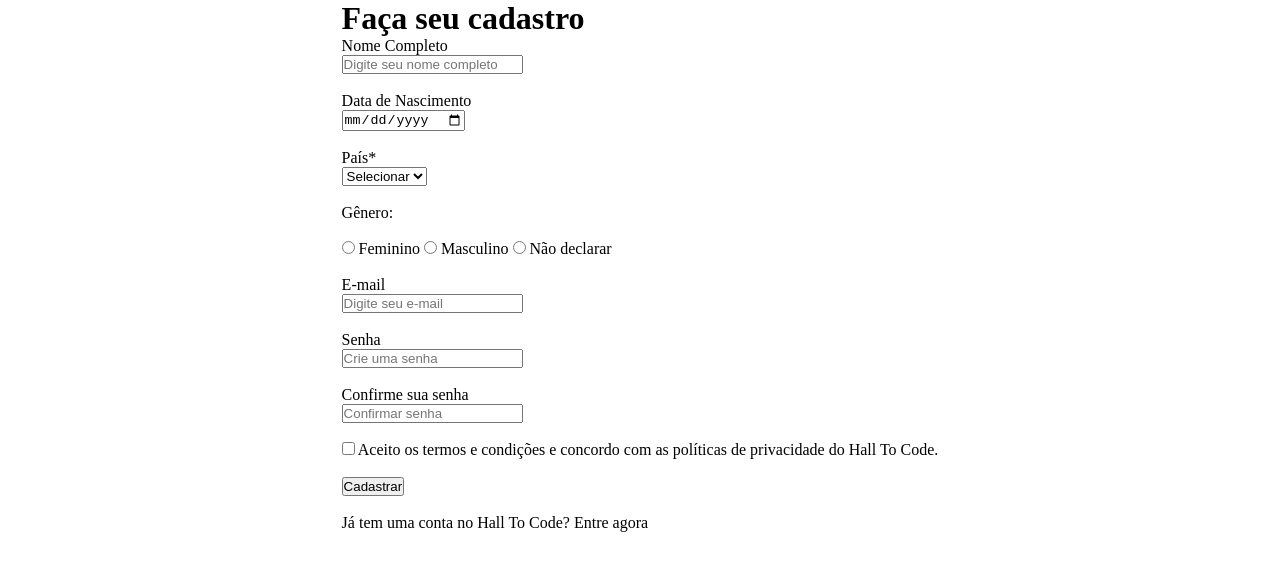
Repository: RenatoCCS/formularios
Page: cadastro.html
An editor plug-in stored every save of this project. The page is shown before and after the next save, followed by the edit.
The browser window is 1280 px wide. The pictures show the whole page.

Above is the page before, as saved 2023-03-21 14:12:24.

After the next save:
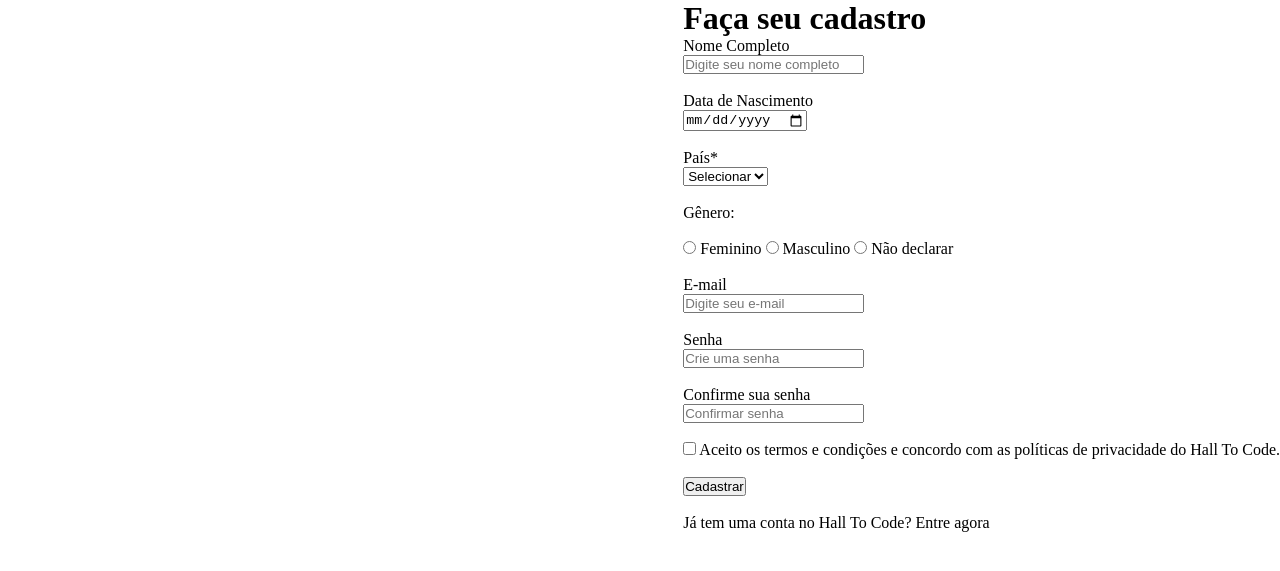
Saved 42 s later.
--- a/style.css
+++ b/style.css
@@ -7,5 +7,5 @@
 
 .container {
   display: flex;
-  justify-content: center;
+  justify-content: right;
 }

After the 2 saves that followed:
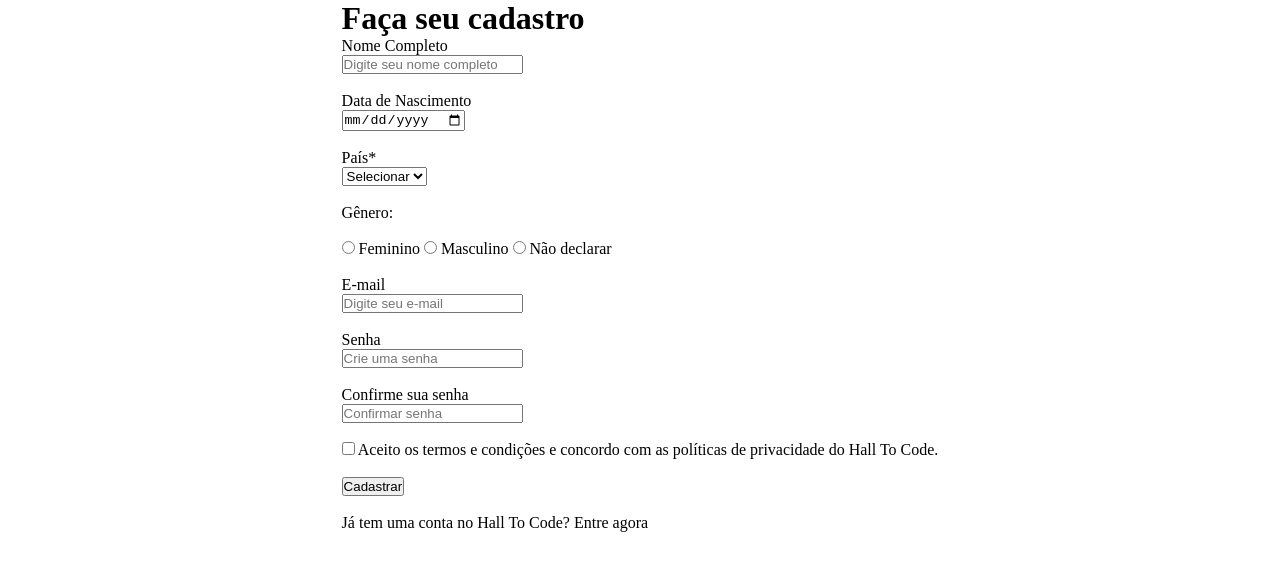
The 2 saves are shown as one change because they came seconds apart.
The last was saved 24 s later.
--- a/style.css
+++ b/style.css
@@ -7,5 +7,5 @@
 
 .container {
   display: flex;
-  justify-content: right;
+  justify-content: center;
 }
